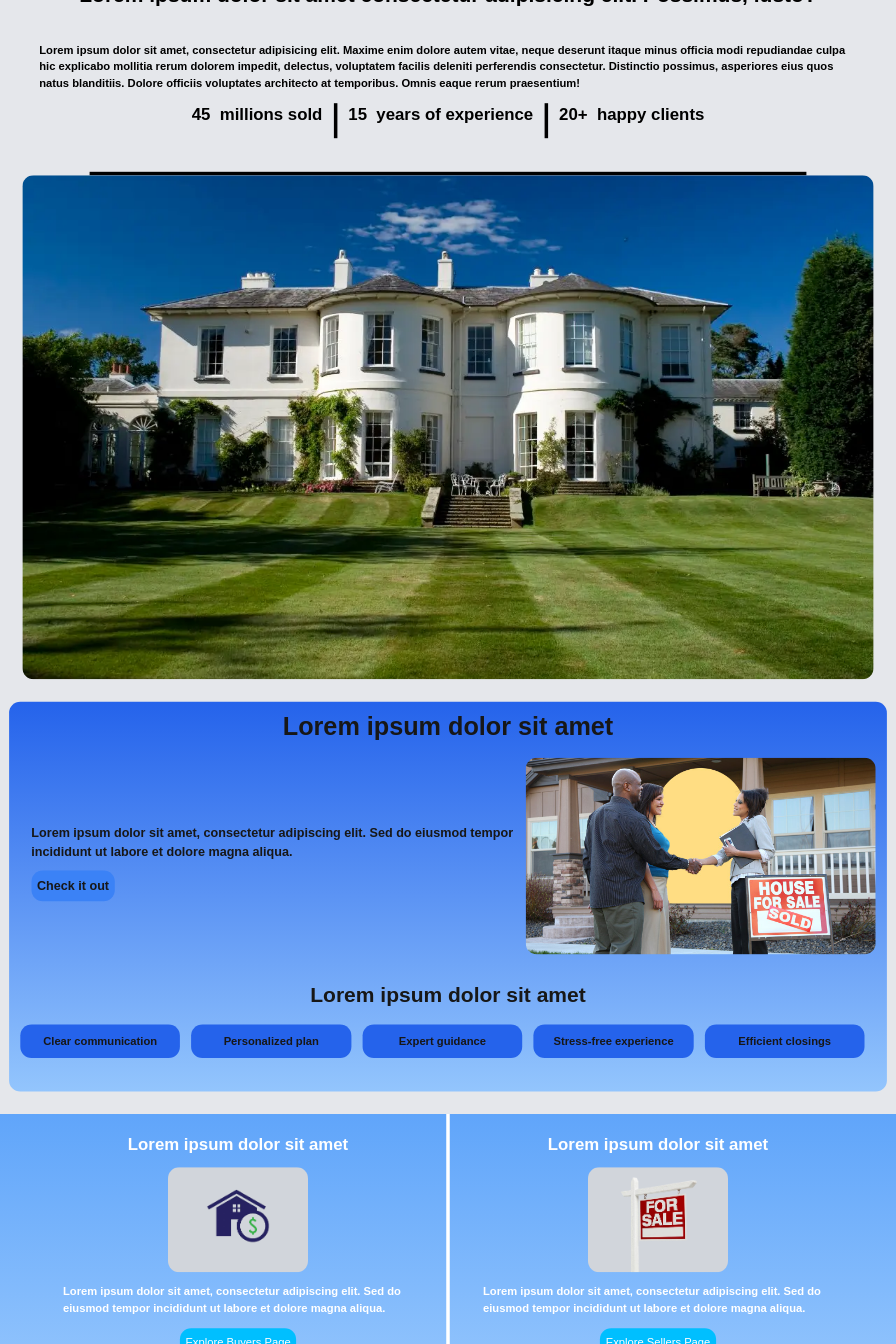
Repository: TMuse333/single-page-real-estate
Page: / (app in frontend/)
An editor plug-in stored every save of this project. The page is shown before and after the next save, followed by the edit.
The browser window is 1280 px wide. The pictures show the part of the page from y = 729 to 2649 px (the page is 6112 px tall before and 5968 px after), at 70% of full size.
The project was rebuilt for these pictures with package versions that can differ from the ones it lists, and the page was loaded fresh each time. The framework's server and built-in components were replaced by stand-ins that run in the browser. Also part of the build but not shown: frontend/next.config.mjs.

Above is the page before, as saved 2024-12-05 16:09:49.

### frontend/src/app/layout.tsx
import { ContextProvider } from "@/context/context";
import type { Metadata } from "next";
import localFont from "next/font/local";
import "./globals.css";

const geistSans = localFont({
  src: "./fonts/GeistVF.woff",
  variable: "--font-geist-sans",
  weight: "100 900",
});
const geistMono = localFont({
  src: "./fonts/GeistMonoVF.woff",
  variable: "--font-geist-mono",
  weight: "100 900",
});

export const metadata: Metadata = {
  title: "Bonnie Hutchins",
  description: "A sample website for Bonnie Hutchins",
};

export default function RootLayout({
  children,
}: Readonly<{
  children: React.ReactNode;
}>) {
  return (
    <html lang="en">
      <ContextProvider>


      <body
        className={`${geistSans.variable} ${geistMono.variable} antialiased`}
      >
        {children}
      </body>
      </ContextProvider>
    </html>
  );
}

### frontend/src/app/page.tsx
"use client"


import AuroraHero from "../components/auroraHero/auroraHero";
import CountUpStats from "../components/countUpStats/countUpStats";
import ExperienceCard from "../components/experienceCard/experienceCard";
import { experienceCard1, experienceCard2 ,experienceCard3,
 displayBox1, displayBox2,blogData, closingStatement, contactCard} from "@/data/data";
// import ImageTextBox from "./components/imageTextBox/imageTextBox";
import DisplayBoxes from "../components/displayBox/displayBox";
import Testimonials from "../components/testimonials/testimonials";
import ScrollCarousel from "../components/scrollCarousel/scrollCarousel";
import Closer from "../components/closer/closer";
import BigNav from "../components/navbar/bigNav";
import Footer2 from "../components/footer/footer";
import ContactCard from "../components/contactCard/contactCard";
import Herobanner from "@/components/herobanner/herobanner";
import home from '../../public/home.webp'
import ScaleImage from "@/components/scaleImage/scaleImage";
export default function Home() {
  return (
    <>

   <main className="relative w-screen overflow-x-hidden
   bg-gray-200 ">
   <BigNav
    excludedLink=""
    />
    {/* <AuroraHero/> */}
    <Herobanner/>
    <CountUpStats
    number1="45"
    number2="15.5"
    number3="20"/>

    <ScaleImage
    src={home.src}
    alt={'slat'}
    />

{/* <ExperienceCard
    {...experienceCard2}
    />

    <DisplayBoxes
    data={displayBox1}
    /> */}



<ExperienceCard
    {...experienceCard3}
    />



    <DisplayBoxes
    data={displayBox2}
    />

  <ExperienceCard
    {...experienceCard1}
    />

    <Testimonials/>

    <ScrollCarousel
    images={blogData}
    bgImage
    />



    <Closer
    {...closingStatement}
    />

<ContactCard
    {...contactCard}
    />

    <Footer2
    excludedLink=""
    />


   </main>
   </>
  );
}

### frontend/src/context/context.tsx
"use client"

import React, { createContext, useState, useContext, ReactNode, useEffect } from 'react';

// Define the type for the context value
interface GeneralContextType {

  isMobile: boolean;
  setIsMobile: React.Dispatch<React.SetStateAction<boolean>>;
  heroInView: boolean;
  setHeroInView: React.Dispatch<React.SetStateAction<boolean>>;


}

// Create the context
export const GeneralContext = createContext<GeneralContextType | undefined>(undefined);

// Create a provider component
export const ContextProvider: React.FC<{ children: ReactNode }> = ({ children }) => {
  // Initialize the value state


  // Detect mobile devices
  const [isMobile, setIsMobile] = useState<boolean>(true);

const [heroInView, setHeroInView] = useState(true)





  useEffect(() => {
    const handleScroll = () => {
      if (typeof window !== 'undefined') {
        setIsMobile(window.innerWidth <= 865);
      }
    };

    if (typeof window !== 'undefined') {
      window.addEventListener('scroll', handleScroll);
      handleScroll(); // Initial check
    }

    return () => {
      if (typeof window !== 'undefined') {
        window.removeEventListener('scroll', handleScroll);
      }
    };
  }, []);


  useEffect(() => {
    console.log('is mobile', isMobile);
  }, [isMobile]);

  const contextValue = {

    isMobile,
    setIsMobile,
    heroInView, setHeroInView

  };

  return <GeneralContext.Provider value={contextValue}>{children}</GeneralContext.Provider>;
};

export const useGeneralContext = (): GeneralContextType => {
  const context = useContext(GeneralContext);
  if (!context) {
    throw new Error('useGeneralContext must be used within a ContextProvider');
  }
  return context;
};

### frontend/src/components/countUpStats/countUpStats.tsx
"use client"
import React, {useRef} from "react";
import CountUp from "react-countup";
import { useInView} from 'framer-motion'

interface Props {
  number1: string;
  number2: string;
  number3: string;
}

const CountUpStats: React.FC<Props> = ({ number1, number2, number3 }) => {

    const ref = useRef(null)
    const inView = useInView(ref,{
        once:true
    })
  return (
    <>
    <section   ref={ref}
    className="mx-auto w-screen max-w-[1200px]
    text-black">
         <h2 className="text-center px-4 font-bold text-2xl sm:text-3xl
         my-12">Lorem ipsum dolor sit amet consectetur adipisicing elit. Possimus, iusto?</h2>
         <p className="font-semibold px-4">
            Lorem ipsum dolor sit amet, consectetur adipisicing elit. Maxime enim dolore autem vitae, neque deserunt itaque minus officia modi repudiandae culpa hic explicabo mollitia rerum dolorem impedit, delectus, voluptatem facilis deleniti perferendis consectetur. Distinctio possimus, asperiores eius quos natus blanditiis. Dolore officiis voluptates architecto at temporibus. Omnis eaque rerum praesentium!
         </p>

    <section

      className="flex mx-auto flex-col justify-center items-center mt-4
      md:flex-row font-semibold"
    >

      {/* Number 1 */}
      <div className="text-2xl mb-6 flex flex-col
      justify-center md:flex-row items-start ">
        <CountUp start={0}
          end={inView ? parseInt(number1) : 0}
         duration={2} />
         &nbsp; millions sold
         <div className="w-[50vw] h-[5px] bg-black mb-6
      md:h-[50px] md:w-[5px] mx-4 " />
      </div>

      {/* Divider */}


      {/* Number 2 */}
      <div className="text-2xl mb-6 flex flex-col
      justify-center md:flex-row items-start ">
        <CountUp start={0}
          end={inView ? parseInt(number2) : 0}
         duration={2} />
         &nbsp; years of experience
         <div className="w-[50vw] h-[5px] bg-black mb-6
      md:h-[50px] md:w-[5px] mx-4 " />
      </div>

      {/* Number 3 */}
      <div className="text-2xl mb-6 flex flex-col
      justify-center md:flex-row items-start mb-auto">
        <CountUp start={0}
          end={inView ? parseInt(number3) : 0}
         duration={2} />
         +&nbsp; happy clients

      </div>
    </section>
    </section>

    <div className="w-[80vw] max-w-[1200px]
    mx-auto h-[5px] bg-black"
    />

    </>
  );
};

export default CountUpStats;

### frontend/src/components/displayBox/displayBox.tsx
import React from "react";
import Image from 'next/image'
import Link from "next/link";


interface ElementProps {
    title:string,
    src:string,
    alt:string,
    description:string,
    buttonText:string,
    destination:string
}

const Element:React.FC<ElementProps> = ({
    title,src,alt,description,buttonText,
    destination
}) => {

    return (
        <section className="w-[90vw] mx-auto flex
        mt-2
        flex-col justify-center items-center relative

        sm:w-[45vw] max-w-[500px] mb-8">
            <h2 className="text-white text-center
            text-2xl mb-4 font-semibold">{title}</h2>
            <Image
            src={src}
            alt={alt}
            width={600}
            height={1300}
            className='w-[40vw]  h-[20vw]
            max-h-[150px] mx-auto object-contain
            max-w-[200px] bg-gray-300 rounded-2xl'
            />
            <p className="text-white my-4 font-semibold">{description}</p>
            <button className="bg-[#00bfff]
            p-2 rounded-2xl text-white">
                <Link href={destination}>
                    {buttonText}
                </Link>
            </button>


        </section>

    )
}

interface DisplayBoxProps {
    data:ElementProps[]
}

    const DisplayBoxes:React.FC<DisplayBoxProps> = ({
        data
    }) => {

        return (
            <section className="w-screen relative
            bg-gradient-to-b from-blue-400 to-blue-300 "
            >


            <section className="flex flex-col
            sm:grid grid-cols-2 justify-center
            items-center max-w-[1200px]
            mx-auto bg-gradient-to-b from-blue-400 to-blue-300
             pt-5">
                <div className="absolute
                top-1/2 w-full
                 sm:top-0
                left-1/2 -translate-x-1/2 h-[5px]
                 md:h-full
                sm:w-[5px] bg-white"/>
                {data.map((data, index) => (
                    <Element
                    {...data}
                    key={index}
                    />
                ))}
            </section>
            </section>

        )
    }


    export default DisplayBoxes

### frontend/src/components/closer/closer.tsx
"use client"

import React, { useRef} from "react";
import Link from "next/link";
import {motion, useInView} from 'framer-motion'
import Image from "next/image";


interface Props {
    image:string,
    title:string,
    description:string,
    buttonText:string,
    destination:string

}

const Closer: React.FC<Props> = ({image,title,description,
destination,buttonText}) => {

    const ref = useRef(null)

    const inView = useInView(ref,{
        once:true
    })

      const variants = {
        initial:{
            opacity:0,
            x:-100
        },
        animate:{
            x:0,
            opacity:1,
            transition:{
                opacity:{
                    duration:0.5
                }
            }
        }

      }

      const textVariants = {
        initial:{
            y:-20,
            opacity:0
        },
        animate:{
            opacity:1,
            y:0,
            transition:{
                delay:0.5
            }
        }
      }

    return (
        <motion.section ref={ref}

        className={`w-screen text-white h-[600px]
        relative flex flex-col items-center justify-center
        bg-center
        `}
        variants={variants}
        initial='initial'
        animate={inView ? 'animate' : 'initial'}
        >
            <Image src={image}
            alt="A background image of cash to signifies how you cash sell your houses fast for cash with ontario cash for houses"
            className='absolute w-full h-full
            object-cover'
                style={{
                    filter:'brightness(0.6)'
                }}
                width={600}
                height={1300}
            />

            <motion.div className="-mt-12 relative z-[4]"
              variants={textVariants}
              initial='initial'
              animate={inView ? 'animate' : 'initial'}>
            <motion.h4

            className="pl-4 text-3xl  ">{title}
            </motion.h4>

            <p className="mt-4 text-left pl-4 pr-4
            max-w-[800px] sm:text-xl ">{description}</p>

            <Link href={destination}
            passHref>
                <button className="mt-6 text-black
                bg-white ml-4 hover:bg-blue-500
                transition-all hover:text-white
                hover:scale-[1.05] p-3
                rounded-xl">
                {buttonText}
                </button>
            </Link>
            </motion.div>
        </motion.section>
    )
}

export default Closer

### frontend/src/components/contactCard/contactCard.tsx
import Image from "next/image";
import Link from "next/link";
import React from "react";



interface Props {
    src:string,
    alt:string,
    name:string,
    title:string
    description:string,
    quote:string
    phone:string,
    email:string,
    socials:{
        src:string,
        destination:string,
        alt:string
    }[]
}


const ContactCard:React.FC<Props> = ({
    src,alt,name,
    phone,email,socials,title,quote
}) => {


    return (
        <section className="mx-auto flex flex-col
        md:flex-row max-w-[1200px] my-12">
            <section className="text-center
            md:w-[33vw] max-w-[400px]">
                <h3 className="mb-2 font-bold
                text-3xl">{name}</h3>
                <h4 className="mb-2 font-semibold
                whitespace-pre-line">{title}</h4>
                <p className="mb-2 px-4">{quote}</p>
            </section>
            <section className="md:w-[33vw] max-w-[400px]">
                <Image
                src={src}
                alt={alt}
                className='w-[70vw]
                object-contain mx-auto
                max-w-[200px] hax-h-[250px]'
                width={600}
                height={1300}
                />
            </section>
            <section className="text-center  md:w-[33vw] max-w-[400px]">
                <h3 className="mb-2 text-2xl font-semibold">Contact Information</h3>
                <p className="mb-2 font-semibold">{phone}</p>
                <p className="mb-2 font-semibold whitespace-pre-line

                leading-6">{email}</p>
                {/* <ul className="flex items-center w-full
                ">
                    {socials.map((social,index)=>(
                        <li className="mx-auto"
                        key={index}
                        >
                            <Image
                            src={social.src}
                            alt={social.alt}
                            className='w-[100px]
                            object-contain'
                            width={600}
                            height={1300}
                            />
                            <Link
                            href={social.destination}
                            />
                        </li>
                    ))}
                </ul> */}
            </section>

        </section>
    )
}

export default ContactCard

### frontend/src/components/herobanner/herobanner.tsx
import Image from "next/image";
// import Link from "next/link";
import React from "react";
// import tom from '../../../public/thomas-full-body-1-nogb.png'
// import full from '../../../public/smile-tom.png'
import side from '../../../public/placeholder.png'
import home from '../../../public/home.webp'
import { TypeWriter } from "../typeWriter/typeWriter";
// import half from '../../../public/smiley-tom-half.png'
const Herobanner = () => {

    return (


       <header className="flex flex-col md:flex-row
       md:h-screen relative items-center
       mx-auto max-w-[2200px] text-black
       md:mt-[-4rem]  bg-gray-300"
    //    style={{
    //     background: 'radial-gradient(circle, #00bfff -150%, rgba(0, 191, 255, 0%) 80%)'
    //   }}
      >

        <section className="flex flex-col
        md:w-[50vw] justify-center
        items-center bg-gray-300 py-4">
             <h2 className="mx-auto p-3
             text-center
           text-lg mt-4 font-semibold ">
           Lorem ipsum, dolor sit amet consectetur adipisicing.

            </h2>


            <Image
            src={side}


            height={600}
            width={1300}
            alt='A full body image of Thomas Musial'
            className="w-[80vw] h-[20vh] object-contain mx-auto
           rounded-full bg-gray-600 sm:bg-transparent

            "
            />
            <h1 className="font-semibold
            text-5xl sm:text-6xl md:text-7xl
             mt-4 text-center md:text-start md:pl-6">John doe</h1>
            <p className="mx-auto p-6 font-semibold
            text-xl">
              Lorem ipsum dolor, sit amet consectetur adipisicing elit. Expedita ut aliquam consequuntur perspiciatis natus debitis quam neque dolorum dolorem labore?
            </p>
            <TypeWriter
            />
            {/* <section className="flex mr-auto ml-6">
                <button className="bg-[#00bfff] p-3
                rounded-2xl mr-6">Contact</button>
                <button className="bg-[#00bfff] p-3
                rounded-2xl mr-6">View listings</button>
            </section> */}
            </section>

            <Image
            src={home}


            height={600}
            width={1300}
            alt='A full body image of Thomas Musial'
            className="w-[98vw] md:w-[48vw]  rounded-2xl  object-cover mx-auto
 bg-gray-300  md:block h-[80vh] mt-auto mb-auto


            "
            />






       </header>
    )
}

export default Herobanner

### frontend/src/components/scaleImage/scaleImage.tsx
import Image from "next/image";
import React, { useRef } from "react";
import { motion, useInView, useTransform, useScroll } from "framer-motion";

interface Props {
  src: string;
  alt: string;
}

const ScaleImage: React.FC<Props> = ({ src, alt }) => {
  const ref = useRef(null); // Ref for detecting the viewport visibility
  const isInView = useInView(ref, { margin: "-50%" }); // Trigger when at least 50% of the element is in view

  const { scrollYProgress } = useScroll({
    target: ref,
    offset: ["start end", "end start"], // Start animating when it enters and ends when it leaves
  });

  // Scale from 20vw by 20vw to full width/height
  const scale = useTransform(scrollYProgress, [0.3, 0.45], [0.2, 1]);

  return (
    <section
      ref={ref}
      className="relative w-[95vw] mx-auto h-screen overflow-hidden
      md:h-["
    >
      <motion.div
        style={{
          scale, // Bind the scale transform to the scroll progress
        }}
        className="absolute w-full h-full "
      >
        <Image
          src={src}
          alt={alt}
          className="object-cover w-full h-full
          rounded-2xl"
          width={600}
          height={1300}
        />
      </motion.div>
    </section>
  );
};

export default ScaleImage;

### frontend/src/components/slidingText/slidingText.tsx
import React, { useRef, useState } from "react";
import { motion, useScroll, useTransform, useMotionValueEvent } from "framer-motion";
import { useGeneralContext } from "@/context/context";

interface TextProps {
    text: string;
    setSlideComplete?: React.Dispatch<React.SetStateAction<boolean>>;
    reverse?:boolean,
    subText?:string
}

const SlidingText: React.FC<TextProps> = ({ text, setSlideComplete,
reverse,subText }) => {
    // Reference to the target element to track scroll position
    const targetRef = useRef(null);

    const {isMobile} = useGeneralContext()

    // State to track when slide is complete
    const [slideComplete, setLocalSlideComplete] = useState(false);

    // Get scroll progress relative to the targetRef
    const { scrollYProgress } = useScroll({
        target: targetRef,
        offset: ["end end", "end start"], // Adjust these offsets as needed
    });

    // Transform scroll progress to x position, scale, and opacity
    const x = useTransform(scrollYProgress, [0, isMobile ? 0.4 : 0.6], [!reverse ? 350 : -350, 0]); // Adjust as needed
    const opacity = useTransform(scrollYProgress, [0, 0.2, 0.55], [0, 0.0, 1]);

    // Monitor changes in the `x` value and set `slideComplete` to true when x reaches 0


    useMotionValueEvent(x,"change",(latest) => {
        if(latest === 0 && !slideComplete){
            setLocalSlideComplete(true)
            if (setSlideComplete) {
                console.log('skdie complete true')
                setSlideComplete(true);
            }
        }

    })

    return (
        <div ref={targetRef}>
            <motion.h2
                className=" bg-gradient-to-b from-white to-gray-300 bg-clip-text text-transparent
                text-3xl sm:text-4xl md:text-5xl lg:text-6xl font-semibold text-center relative transition-colors
                mb-8"
                // style={!slideComplete ? { x, opacity } : {}} // Apply the animated styles
                style={{ x, opacity }}
                // Apply the gradient flow when slideComplete is true
                whileInView={
                    slideComplete
                        ? {
                              backgroundImage: [
                                  "linear-gradient(to right, #00e0ff, #00a2e4, #00e0ff)", // Default colors
                                  "linear-gradient(to right, #33e8ff, #33b5d6, #33e8ff)", // Brighter colors
                                  "linear-gradient(to right, #00e0ff, #00a2e4, #00e0ff)",  // Back to default
                              ],
                              transition: {
                                  repeat: Infinity,
                                  repeatType: "mirror",
                                  duration: 3, // Control how fast the gradient oscillates
                              },
                          }
                        : {}
                }
            >
                {text}
            </motion.h2>
            {subText && (
                <motion.h3 className={`w-[80vw] mx-auto text-xl
                transition-opacity
                sm:text-2xl ${slideComplete ? 'opacity-1' : 'opacity-0'}`}>
                    {subText}
                </motion.h3>
            )}
        </div>
    );
};

export default SlidingText;

Loaded but not shown: frontend/src/app/globals.css (common file); frontend/tailwind.config.ts (common file); frontend/src/components/navbar/bigNav.tsx (512 lines, source omitted); frontend/src/components/experienceCard/experienceCard.tsx (191 lines, source omitted); frontend/src/data/data.ts (173 lines, source omitted); frontend/src/components/testimonials/testimonials.tsx (127 lines, source omitted); frontend/src/components/scrollCarousel/scrollCarousel.tsx (161 lines, source omitted); frontend/src/components/footer/footer.tsx (178 lines, source omitted); frontend/src/components/typeWriter/typeWriter.tsx (129 lines, source omitted)

After the next save:
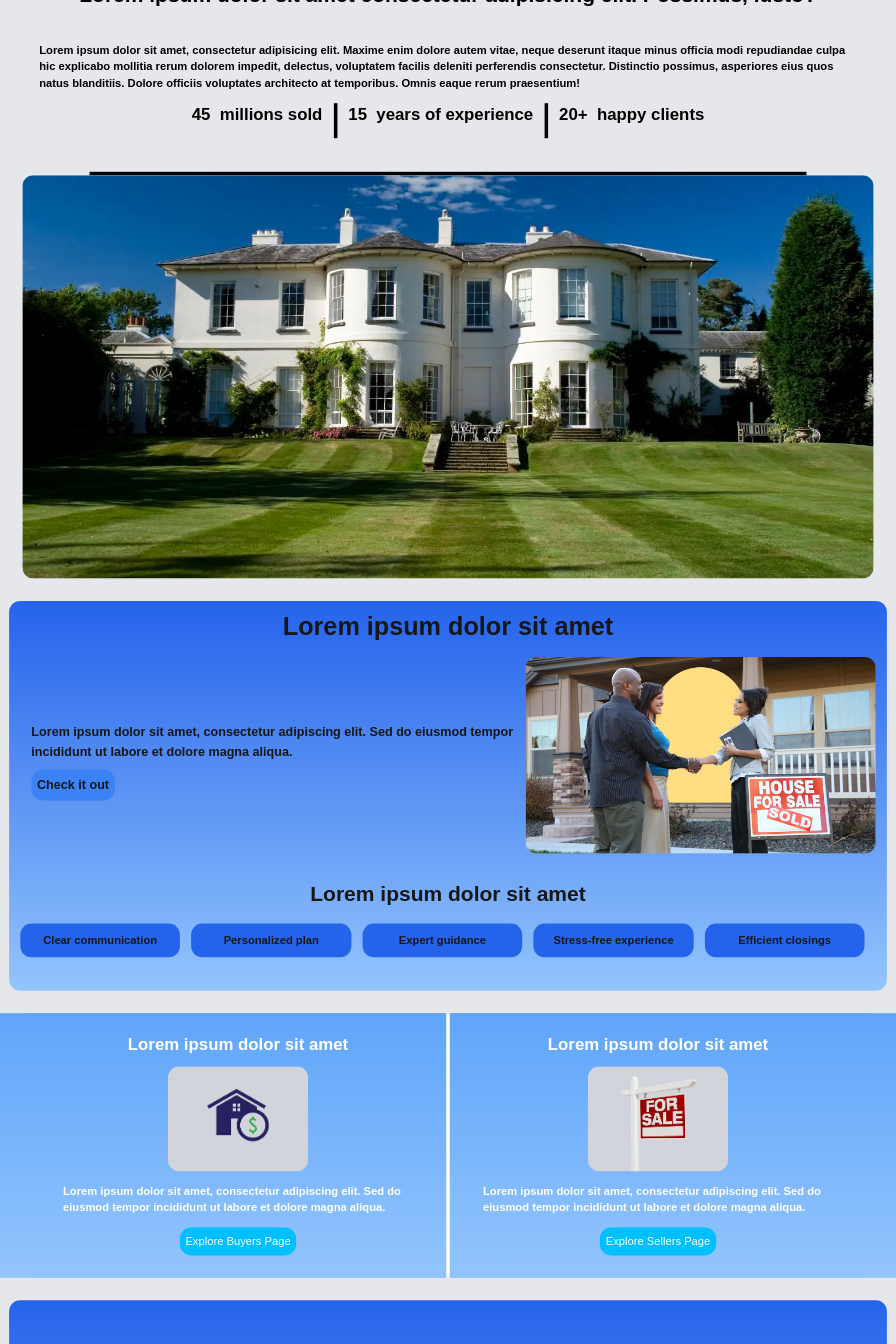
Saved 4 s later.
--- a/frontend/src/components/scaleImage/scaleImage.tsx
+++ b/frontend/src/components/scaleImage/scaleImage.tsx
@@ -23,7 +23,7 @@ const ScaleImage: React.FC<Props> = ({ src, alt }) => {
     <section
       ref={ref}
       className="relative w-[95vw] mx-auto h-screen overflow-hidden
-      md:h-["
+      md:h-[80vh]"
     >
       <motion.div
         style={{
